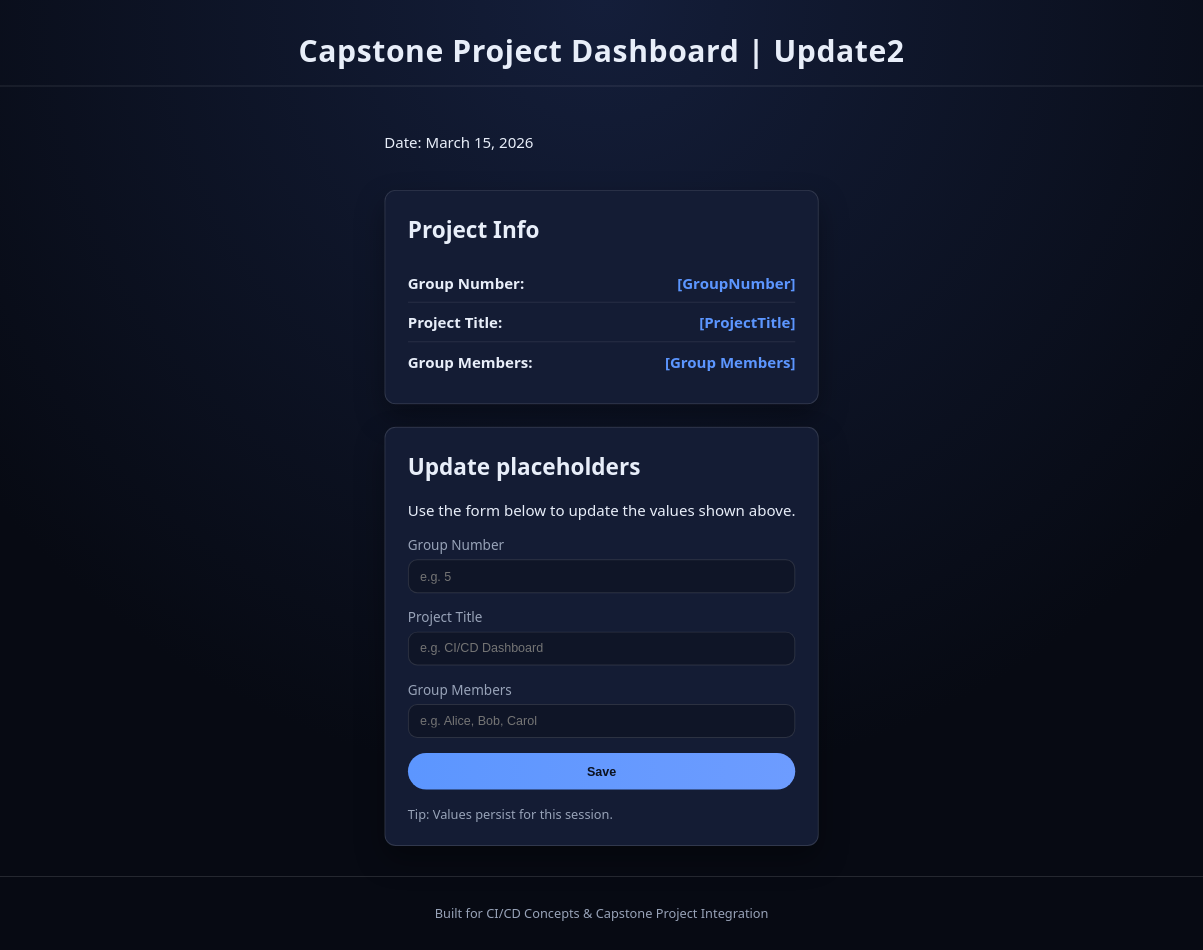
Repository: vatsalpatel3009/GroupNumber6_Cicd
Page: myapp/index.html
The author's editor kept a copy of each file at every save. The page is drawn from the files as they stood at one save, then again after a run of saves.
The browser window is 1280 px wide. The pictures show the whole page, at 94% of full size.

Above is the page before, as saved 2026-03-17 16:52:58.

### myapp/index.html
<!DOCTYPE html>
<html lang="en">
<head>
  <meta charset="UTF-8" />
  <meta name="viewport" content="width=device-width, initial-scale=1.0" />
  <title>Capstone Project Home</title>
  <link rel="stylesheet" href="styles.css" />
</head>
<body>
  <header class="page-header">
    <h1>Capstone Project Dashboard | Update2</h1>
  </header>

  <main class="content">
      <p>Date: March 15, 2026</p>



    <section class="card">
      <h2>Project Info</h2>
      <div class="placeholder">
        <strong>Group Number:</strong>
        <span id="group-number">[GroupNumber]</span>
      </div>
      <div class="placeholder">
        <strong>Project Title:</strong>
        <span id="project-title">[ProjectTitle]</span>
      </div>
      <div class="placeholder">
        <strong>Group Members:</strong>
        <span id="group-members">[Group Members]</span>
      </div>
    </section>

    <section class="card">
      <h2>Update placeholders</h2>
      <p>Use the form below to update the values shown above.</p>

      <form id="project-form">
        <label>
          Group Number
          <input type="text" id="input-group-number" placeholder="e.g. 5" />
        </label>

        <label>
          Project Title
          <input type="text" id="input-project-title" placeholder="e.g. CI/CD Dashboard" />
        </label>

        <label>
          Group Members
          <input type="text" id="input-group-members" placeholder="e.g. Alice, Bob, Carol" />
        </label>

        <button type="submit">Save</button>
      </form>

      <p class="hint">Tip: Values persist for this session.</p>
    </section>
  </main>

  <footer class="page-footer">
    <p>Built for CI/CD Concepts & Capstone Project Integration</p>
  </footer>

  <script src="script.js"></script>
</body>
</html>

### myapp/styles.css
/* Simple layout for capstone project home page */
:root {
  --bg: #0b1220;
  --card: #141c34;
  --text: #e8eef9;
  --muted: #98a3b8;
  --accent: #5c96ff;
  --border: rgba(255, 255, 255, 0.12);
}

* {
  box-sizing: border-box;
}

body {
  margin: 0;
  font-family: system-ui, -apple-system, BlinkMacSystemFont, 'Segoe UI', Roboto, Ubuntu, sans-serif;
  background: radial-gradient(circle at top, #141e3a 0%, #070a13 70%);
  color: var(--text);
  min-height: 100vh;
  display: flex;
  flex-direction: column;
}

.page-header {
  padding: 2rem 1.5rem 1rem;
  text-align: center;
  border-bottom: 1px solid var(--border);
}

.page-header h1 {
  margin: 0;
  font-size: 2rem;
  letter-spacing: 0.02em;
}

.content {
  flex: 1;
  padding: 2rem 1.5rem;
  max-width: 900px;
  margin: 0 auto;
  display: grid;
  gap: 1.5rem;
}

.card {
  background: var(--card);
  border: 1px solid var(--border);
  border-radius: 12px;
  padding: 1.5rem;
  box-shadow: 0 14px 30px rgba(0, 0, 0, 0.35);
}

.card h2 {
  margin-top: 0;
}

.placeholder {
  display: flex;
  justify-content: space-between;
  padding: 0.6rem 0;
  border-bottom: 1px solid rgba(255, 255, 255, 0.08);
}

.placeholder:last-child {
  border-bottom: none;
}

.placeholder span {
  color: var(--accent);
  font-weight: 600;
}

form {
  display: grid;
  gap: 1rem;
}

label {
  display: grid;
  gap: 0.35rem;
  font-size: 0.9rem;
  color: var(--muted);
}

input {
  width: 100%;
  padding: 0.6rem 0.75rem;
  border-radius: 10px;
  border: 1px solid rgba(255, 255, 255, 0.12);
  background: rgba(0, 0, 0, 0.25);
  color: var(--text);
}

button {
  padding: 0.75rem 1.1rem;
  border: none;
  border-radius: 999px;
  background: linear-gradient(90deg, var(--accent), #6d9cff);
  color: #0b1220;
  font-weight: 700;
  cursor: pointer;
  transition: transform 0.15s ease, box-shadow 0.15s ease;
}

button:hover {
  transform: translateY(-1px);
  box-shadow: 0 12px 18px rgba(92, 150, 255, 0.35);
}

button:active {
  transform: translateY(0);
}

.hint {
  margin: 0;
  margin-top: 1rem;
  font-size: 0.85rem;
  color: var(--muted);
}

.page-footer {
  padding: 1rem 1.5rem;
  text-align: center;
  font-size: 0.85rem;
  color: var(--muted);
  border-top: 1px solid var(--border);
}

@media (max-width: 520px) {
  body {
    padding-bottom: 1rem;
  }

  .placeholder {
    flex-direction: column;
    gap: 0.35rem;
  }
}

### myapp/script.js
const groupNumberEl = document.getElementById('group-number');
const projectTitleEl = document.getElementById('project-title');
const groupMembersEl = document.getElementById('group-members');
const form = document.getElementById('project-form');

const STORAGE_KEY = 'capstoneProjectPlaceholders';

function loadFromStorage() {
  try {
    const stored = window.localStorage.getItem(STORAGE_KEY);
    if (!stored) return null;
    return JSON.parse(stored);
  } catch (error) {
    console.warn('Unable to load saved placeholders', error);
    return null;
  }
}

function saveToStorage(value) {
  try {
    window.localStorage.setItem(STORAGE_KEY, JSON.stringify(value));
  } catch (error) {
    console.warn('Unable to save placeholders', error);
  }
}

function applyValues({ groupNumber, projectTitle, groupMembers }) {
  groupNumberEl.textContent = groupNumber || '[GroupNumber]';
  projectTitleEl.textContent = projectTitle || '[ProjectTitle]';
  groupMembersEl.textContent = groupMembers || '[Group Members]';
}

function init() {
  const values = loadFromStorage();
  if (values) {
    applyValues(values);
    document.getElementById('input-group-number').value = values.groupNumber || '';
    document.getElementById('input-project-title').value = values.projectTitle || '';
    document.getElementById('input-group-members').value = values.groupMembers || '';
  }
}

form.addEventListener('submit', (event) => {
  event.preventDefault();

  const newValues = {
    groupNumber: document.getElementById('input-group-number').value.trim(),
    projectTitle: document.getElementById('input-project-title').value.trim(),
    groupMembers: document.getElementById('input-group-members').value.trim(),
  };

  applyValues(newValues);
  saveToStorage(newValues);
});

init();

After the next 2 saves:
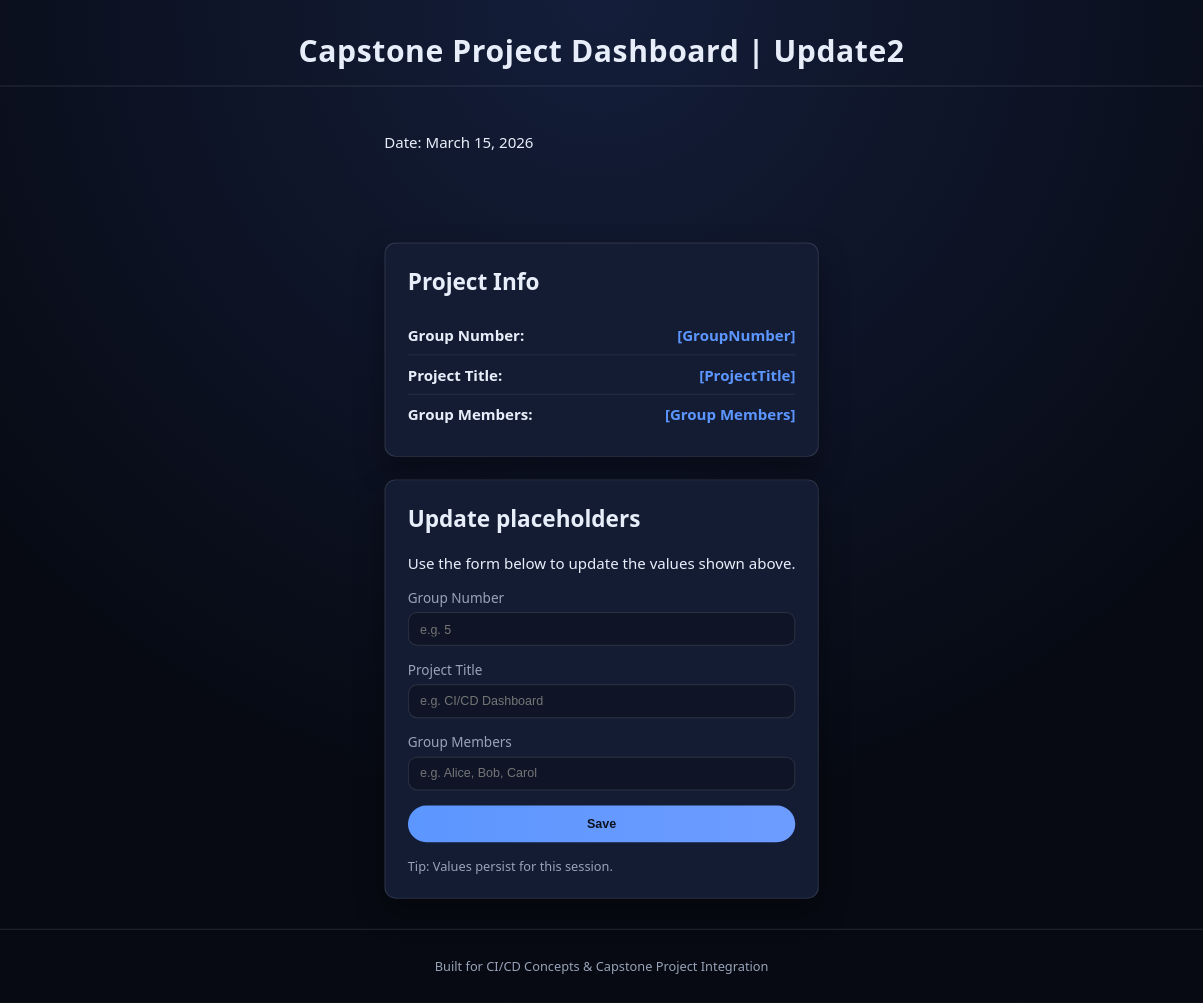
The 2 saves are shown as one change because they came seconds apart.
The last was saved 7 s later.
--- a/myapp/index.html
+++ b/myapp/index.html
@@ -13,6 +13,7 @@
 
   <main class="content">
       <p>Date: March 15, 2026</p>
+      <p> </p>
 
 
 
